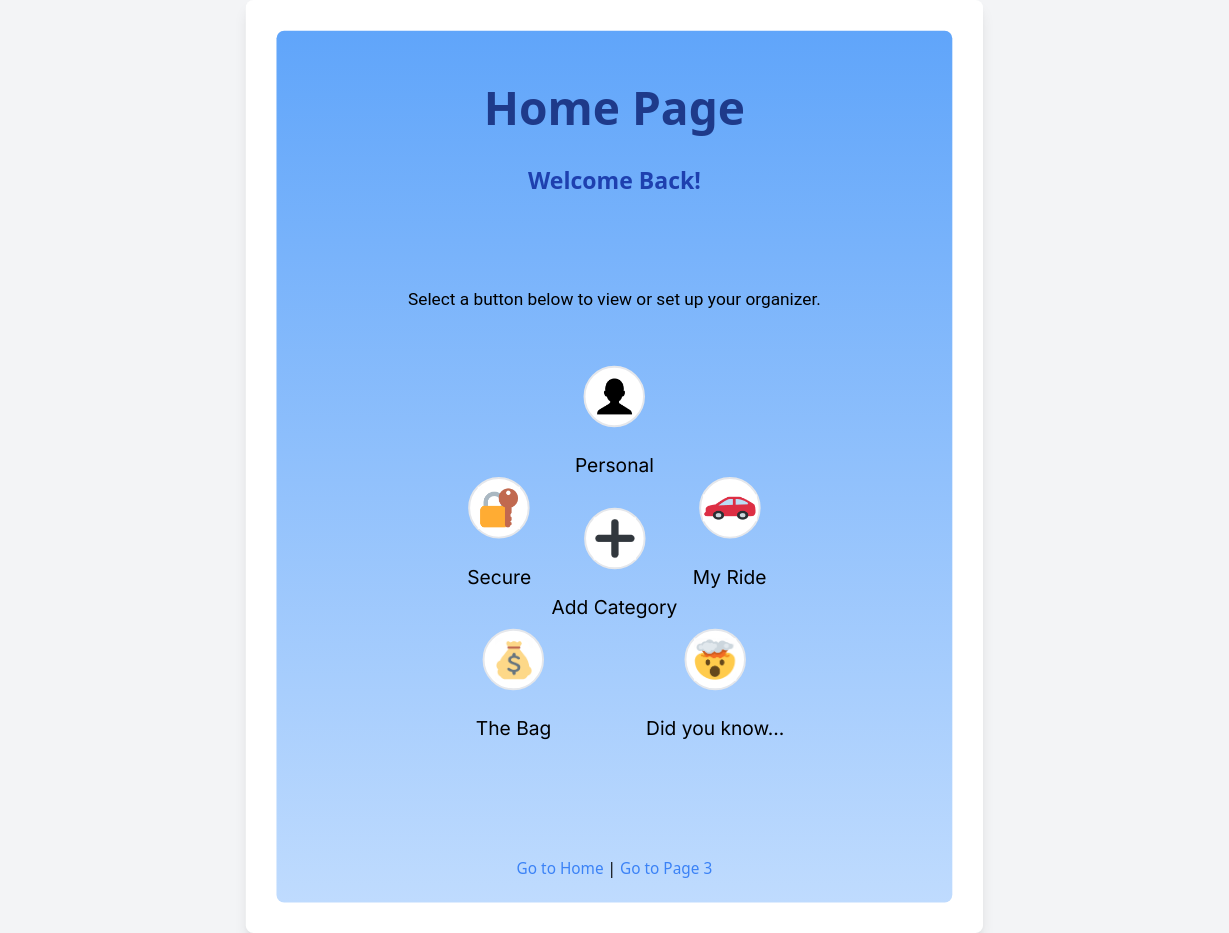
Repository: MercyB19/Russaw_Mercy_Adulting-101_Capstone
Page: page2.html
An editor plug-in stored every save of this project. The page is shown before and after the next save, followed by the edit.
The browser window is 1280 px wide. The pictures show the whole page, at 96% of full size.
Some web fonts or font styles are not loaded; a fallback is used.

Above is the page before, as saved 2024-07-24 02:28:59.

After the next save:
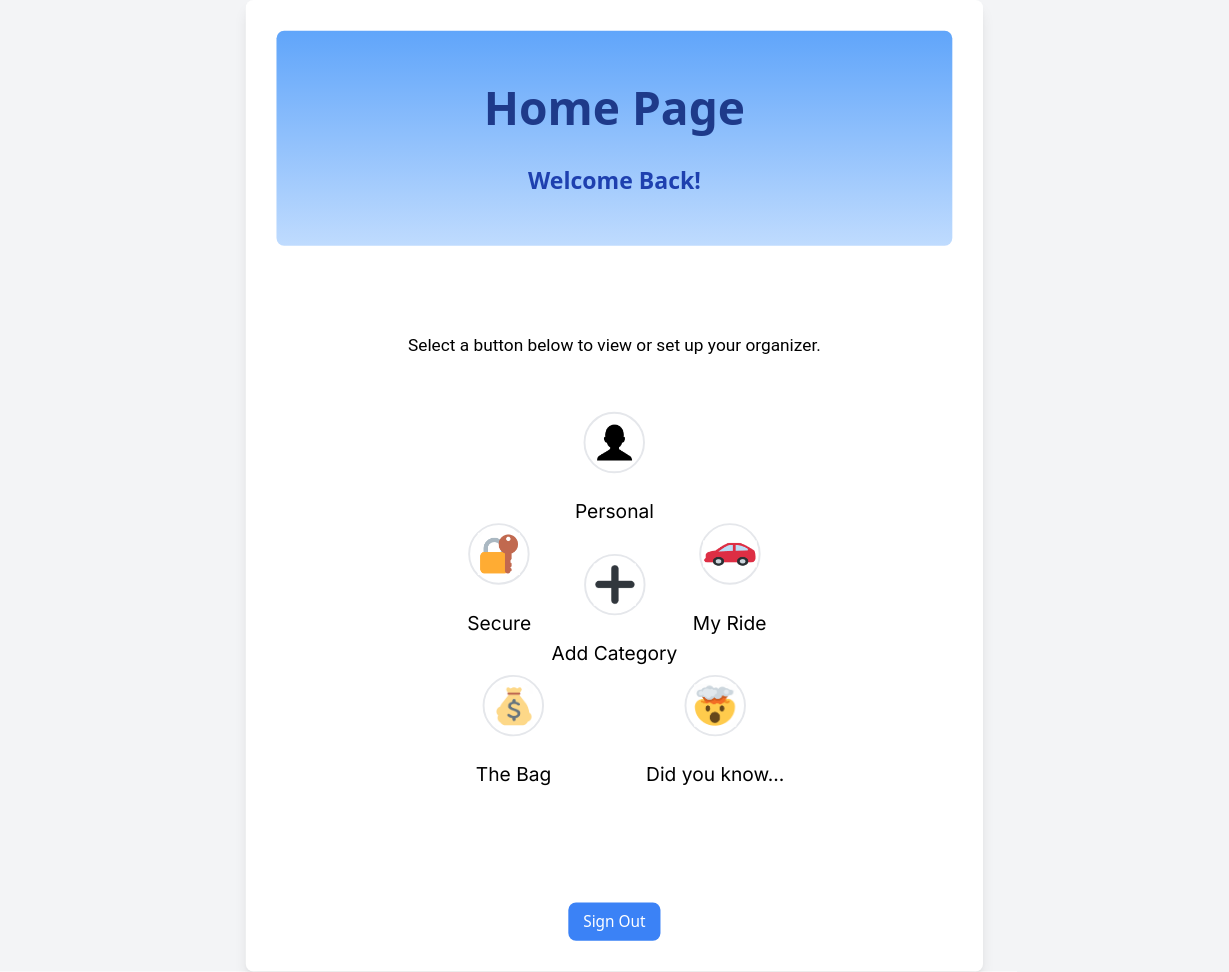
Saved 18 s later.
--- a/page2.html
+++ b/page2.html
@@ -4,7 +4,7 @@
 <head>
   <meta charset="UTF-8">
   <meta name="viewport" content="width=device-width, initial-scale=1.0">
-  <title>Adulting 101</title>
+  <title>Home Page</title>
   <link href="https://cdn.jsdelivr.net/npm/tailwindcss@2.2.19/dist/tailwind.min.css" rel="stylesheet">
   <link rel="stylesheet" href="https://fonts.googleapis.com/css2?family=Balsamiq+Sans:wght@400;700&display=swap">
   <link rel="stylesheet" href="https://fonts.googleapis.com/css2?family=Inter:wght@400;500;600&display=swap">
@@ -71,16 +71,15 @@
     }
   </style>
 </head>
-
 <body class="bg-gray-100 flex justify-center items-center min-h-screen">
   <div class="w-full max-w-screen-md p-8 bg-white rounded-lg shadow-lg">
     <div class="bg-gradient-to-b from-blue-400 via-teal-300 to-blue-200 p-6 rounded-lg">
       <header class="text-center mb-6">
-        <div
-          class="text-5xl font-bold text-blue-900 bg-gradient-to-rt from-gray-100 via-blue-800 to-gray-400 bg-clip-text text-transparent p-8">
-          Home Page</div>
-        <div class="text-2xl font-bold text-blue-800 p-1  ">Welcome Back!</div>
+        <div class="text-5xl font-bold text-blue-900 bg-gradient-to-rt from-gray-100 via-blue-800 to-gray-400 bg-clip-text text-transparent p-8">Home Page</div>
+        <div class="text-2xl font-bold text-blue-800 p-1">Welcome Back!</div>
       </header>
+    </div>
+    <section>
       <div class="text-center mb- 8">
         <p class="icon-title text-lg" style="font-family: 'Roboto', sans-serif;">Select a button below to view or set up
           your organizer.</p>
@@ -105,34 +104,33 @@
           <p class="icon-title text-xl" style="font-family: 'Inter', sans-serif;">Add Category</p>
         </div>
         <div class="my-v flex flex-col items-center" onclick="window.location.href='page3.html'">
-            <div class="w-16 h-16 flex justify-center items-center bg-white border-2  rounded-full mb-2">
-              <img src="Images/My_V_img.png" alt="My V" class="w-14 h-15">
-            </div>
-            <p class="icon-title text-xl" style="font-family: 'Inter', sans-serif;">My Ride</p>
+          <div class="w-16 h-16 flex justify-center items-center bg-white border-2  rounded-full mb-2">
+            <img src="Images/My_V_img.png" alt="My V" class="w-14 h-15">
           </div>
-          <div class="the-bag flex flex-col items-center">
-            <div class="w-16 h-16 flex justify-center items-center bg-white border-2 rounded-full mb-2">
-              <img src="Images/The_bag_icon_img.png" alt="The Bag" class="w-13 h-11">
-            </div>
-            <p class="icon-title text-xl" style="font-family: 'Inter', sans-serif;">The Bag</p>
+          <p class="icon-title text-xl" style="font-family: 'Inter', sans-serif;">My Ride</p>
+        </div>
+        <div class="the-bag flex flex-col items-center">
+          <div class="w-16 h-16 flex justify-center items-center bg-white border-2 rounded-full mb-2">
+            <img src="Images/The_bag_icon_img.png" alt="The Bag" class="w-13 h-11">
           </div>
-          <div class="did-you-know flex flex-col items-center">
-            <div class="w-16 h-16 flex justify-center items-center bg-white border-2 rounded-full mb-2">
-              <img src="Images/did_you_know_icon.png" alt="Did you know" class="w-11 h-11">
-            </div>
-            <p class="icon-title text-xl" style="font-family: 'Inter', sans-serif;">Did you know...</p>
+          <p class="icon-title text-xl" style="font-family: 'Inter', sans-serif;">The Bag</p>
+        </div>
+        <div class="did-you-know flex flex-col items-center">
+          <div class="w-16 h-16 flex justify-center items-center bg-white border-2 rounded-full mb-2">
+            <img src="Images/did_you_know_icon.png" alt="Did you know" class="w-11 h-11">
           </div>
-        </div>
-        <div class="text-center mt-4">
-          <a href="index.html" class="text-blue-500 hover:underline">Go to Home</a> |
-          <a href="page3.html" class="text-blue-500 hover:underline">Go to Page 3</a>
+          <p class="icon-title text-xl" style="font-family: 'Inter', sans-serif;">Did you know...</p>
         </div>
       </div>
-      <script>
-        document.querySelector('.my-v').addEventListener('click', function() {
-          window.location.href = 'page3.html';
-        });
-      </script>
+      <div class="text-center mt-4">
+        <button onclick="window.location.href='logout.html'" class="bg-blue-500 text-white py-2 px-4 rounded-lg hover:bg-red-600">Sign Out</button>
+      </div>
+    </div>
+    <script>
+      document.querySelector('.my-v').addEventListener('click', function () {
+        window.location.href = 'page3.html';
+      });
+    </script>
 </body>
 
 </html>
